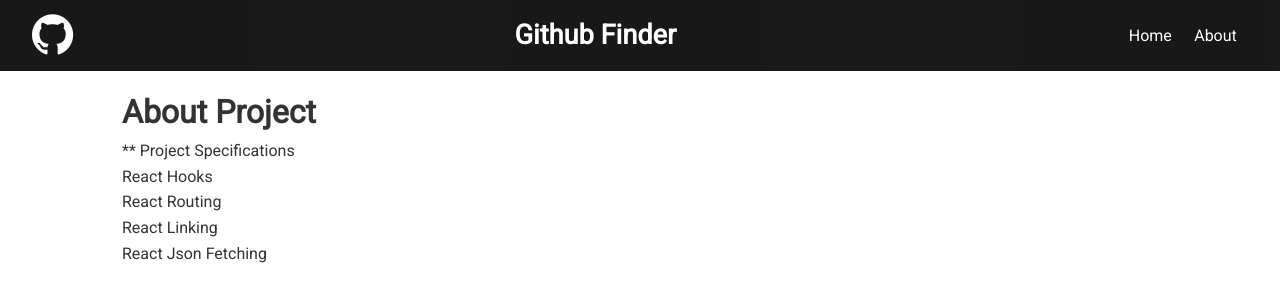
Repository: hemantsaini-7/ReactHooks-GitHub-Clone
Page: /about
These files come from the project's save history. The page is drawn as it stood at one moment and after the next save; the edit follows.
The browser window is 1280 px wide. The pictures show the whole page.
The project was rebuilt for these pictures with package versions that can differ from the ones it lists, and the page was loaded fresh each time. Also part of the build but not shown: src/components/users/UserItem.js, src/components/layout/Spinner.js, src/components/users/Users.js, src/components/repos/RepoItem.js, src/components/repos/Repos.js, src/components/users/User.js, src/components/users/Search.js, src/components/layout/Alert.js.

Above is the page before, as saved 2020-08-06 10:00:15.

### public/index.html
<!DOCTYPE html>
<html lang="en">
  <head>
    <meta charset="utf-8" />
    <link rel="icon" href="%PUBLIC_URL%/favicon.ico" />
    <meta name="viewport" content="width=device-width, initial-scale=1" />
    <meta name="theme-color" content="#000000" />
    <meta
      name="description"
      content="Web site created using create-react-app"
    />
    <link rel="apple-touch-icon" href="%PUBLIC_URL%/logo192.png" />

    <link rel="manifest" href="%PUBLIC_URL%/manifest.json" />
    <link
      rel="stylesheet"
      href="https://stackpath.bootstrapcdn.com/font-awesome/4.7.0/css/font-awesome.min.css"
    />
    <title>React App</title>
  </head>
  <body>
    <noscript>You need to enable JavaScript to run this app.</noscript>
    <div id="root"></div>
  </body>
</html>

### src/App.js
import React, { Fragment, useState } from "react";
import "./App.css";
import { BrowserRouter as Router, Switch, Route } from "react-router-dom";
import Navbar from "./components/layout/Navbar";
import Users from "./components/users/Users";
import User from "./components/users/User";
import Search from "./components/users/Search";
import Alert from "./components/layout/Alert";
import About from "./components/pages/About";
import axios from "axios";
const App = () => {
  const [users, setUsers] = useState([]);
  const [user, setUser] = useState({});
  const [repos, setRepos] = useState([]);
  const [loading, setLoading] = useState(false);
  const [alert, setAlert] = useState(null);

  const searchUsers = async (text) => {
    //this.setState({ loading: true });
    setLoading(true);
    const res = await axios.get(
      `https://api.github.com/search/users?q=${text}&cliend_id=${process.env.REACT_APP_GITHUB_CLIENT_ID}&client_secret=${process.env.REACT_APP_GITHUB_CLIENT_SECRET}`
    );
    setUsers(res.data.items);
    setLoading(false);
  };

  const clearUsers = () => {
    setUsers([]);
    setLoading(false);
  };

  const showAlert = (msg, type) => {
    //this.setState({ alert: { msg, type } });
    setAlert({ msg, type });
    setTimeout(() => setAlert(null), 5000);
  };

  const getUser = async (username) => {
    setLoading(true);
    const res = await axios.get(
      `https://api.github.com/users/${username}?cliend_id=${process.env.REACT_APP_GITHUB_CLIENT_ID}&client_secret=${process.env.REACT_APP_GITHUB_CLIENT_SECRET}`
    );
    setUser(res.data);
    setLoading(false);
  };

  const getUserRepos = async (username) => {
    setLoading(true);
    const res = await axios.get(
      `https://api.github.com/users/${username}/repos?per_page=5&sort=created:asc&cliend_id=${process.env.REACT_APP_GITHUB_CLIENT_ID}&client_secret=${process.env.REACT_APP_GITHUB_CLIENT_SECRET}`
    );
    setRepos(res.data);
    setLoading(false);
  };

  return (
    <Router>
      <div className='App'>
        <Navbar title='Github Finder' />
        <div className='container'>
          <Alert alert={alert} />
          <Switch>
            <Route
              exact
              path='/'
              render={(props) => (
                <Fragment>
                  <Search
                    searchUsers={searchUsers}
                    clearUsers={clearUsers}
                    showClear={users.length > 0 ? true : false}
                    setAlert={showAlert}
                  />
                  <Users users={users} loading={loading} />
                </Fragment>
              )}
            />
            <Route exact path='/about' component={About} />
            <Route
              exact
              path='/user/:login'
              render={(props) => (
                <User
                  {...props}
                  getUser={getUser}
                  getUserRepos={getUserRepos}
                  repos={repos}
                  user={user}
                  loading={loading}
                />
              )}
            />
          </Switch>
        </div>
      </div>
    </Router>
  );
};

export default App;

### src/App.css
@import url("https://fonts.googleapis.com/css?family=Roboto");

/* Global Styles */
:root {
  --primary-color: #dc3545;
  --dark-color: #333333;
  --light-color: #f4f4f4;
  --danger-color: #dc3545;
  --success-color: #28a745;
}

* {
  box-sizing: border-box;
  margin: 0;
  padding: 0;
}

body {
  font-family: "Roboto", sans-serif;
  font-size: 1rem;
  line-height: 1.6;
  background-color: #fff;
  color: #333;
}

a {
  color: var(--primary-color);
  text-decoration: none;
}

a:hover {
  color: #666;
}

ul {
  list-style: none;
}

img {
  width: 100%;
}

/* Utilities */
.container {
  max-width: 1100px;
  margin: auto;
  overflow: hidden;
  padding: 0 2rem;
}

/* Text Styles*/
.x-large {
  font-size: 4rem;
  line-height: 1.2;
  margin-bottom: 1rem;
}

.large {
  font-size: 3rem;
  line-height: 1.2;
  margin-bottom: 1rem;
}

.lead {
  font-size: 1.5rem;
  margin-bottom: 1rem;
}

.text-center {
  text-align: center;
}

.text-primary {
  color: var(--primary-color);
}

.text-dark {
  color: var(--dark-color);
}

.text-success {
  color: var(--success-color);
}

.text-danger {
  color: var(--danger-color);
}

.text-center {
  text-align: center;
}

.text-right {
  text-align: right;
}

.text-left {
  text-align: left;
}

/* Center All */
.all-center {
  display: flex;
  flex-direction: column;
  width: 100%;
  margin: auto;
  justify-content: center;
  align-items: center;
  text-align: center;
}

/* Cards */
.card {
  padding: 1rem;
  border: #ccc 1px dotted;
  margin: 0.7rem 0;
}

/* List */
.list {
  margin: 0.5rem 0;
}

.list li {
  padding-bottom: 0.3rem;
}

/* Padding */
.p {
  padding: 0.5rem;
}
.p-1 {
  padding: 1rem;
}
.p-2 {
  padding: 2rem;
}
.p-3 {
  padding: 3rem;
}
.py {
  padding: 0.5rem 0;
}
.py-1 {
  padding: 1rem 0;
}
.py-2 {
  padding: 2rem 0;
}
.py-3 {
  padding: 3rem 0;
}

/* Margin */
.m {
  margin: 0.5rem;
}
.m-1 {
  margin: 1rem;
}
.m-2 {
  margin: 2rem;
}
.m-3 {
  margin: 3rem;
}
.my {
  margin: 0.5rem 0;
}
.my-1 {
  margin: 1rem 0;
}
.my-2 {
  margin: 2rem 0;
}
.my-3 {
  margin: 3rem 0;
}

/* Grid */
.grid-2 {
  display: grid;
  grid-template-columns: repeat(2, 1fr);
  grid-gap: 1rem;
}

.grid-3 {
  display: grid;
  grid-template-columns: repeat(3, 1fr);
  grid-gap: 1rem;
}

.grid-4 {
  display: grid;
  grid-template-columns: repeat(4, 1fr);
  grid-gap: 1rem;
}

.btn {
  display: inline-block;
  background: var(--light-color);
  color: #333;
  padding: 0.4rem 1.3rem;
  font-size: 1rem;
  border: none;
  cursor: pointer;
  margin-right: 0.5rem;
  transition: opacity 0.2s ease-in;
  outline: none;
}

.btn-link {
  background: none;
  padding: 0;
  margin: 0;
}

.btn-block {
  display: block;
  width: 100%;
}

.btn-sm {
  font-size: 0.8rem;
  padding: 0.3rem 1rem;
  margin-right: 0.2rem;
}

.badge {
  display: inline-block;
  font-size: 0.8rem;
  padding: 0.2rem 0.7rem;
  text-align: center;
  margin: 0.3rem;
  background: var(--light-color);
  color: #333;
  border-radius: 5px;
}

.alert {
  padding: 0.7rem;
  margin: 1rem 0;
  opacity: 0.9;
  background: var(--light-color);
  color: #333;
}

.btn-primary,
.bg-primary,
.badge-primary,
.alert-primary {
  background: var(--primary-color);
  color: #fff;
}

.btn-light,
.bg-light,
.badge-light,
.alert-light {
  background: var(--light-color);
  color: #333;
}

.btn-dark,
.bg-dark,
.badge-dark,
.alert-dark {
  background: var(--dark-color);
  color: #fff;
}

.btn-danger,
.bg-danger,
.badge-danger,
.alert-danger {
  background: var(--danger-color);
  color: #fff;
}

.btn-success,
.bg-success,
.badge-success,
.alert-success {
  background: var(--success-color);
  color: #fff;
}

.btn-white,
.bg-white,
.badge-white,
.alert-white {
  background: #fff;
  color: #333;
  border: #ccc solid 1px;
}

.btn:hover {
  opacity: 0.8;
}

.bg-light,
.badge-light {
  border: #ccc solid 1px;
}

.round-img {
  border-radius: 50%;
}

/* Forms */
input {
  margin: 1.2rem 0;
}

.form-text {
  display: block;
  margin-top: 0.3rem;
  color: #888;
}

input[type="text"],
input[type="email"],
input[type="password"],
input[type="date"],
select,
textarea {
  display: block;
  width: 100%;
  padding: 0.4rem;
  font-size: 1.2rem;
  border: 1px solid #ccc;
}

input[type="submit"],
button {
  font: inherit;
}

table th,
table td {
  padding: 1rem;
  text-align: left;
}

table th {
  background: var(--light-color);
}

/* Navbar */
.navbar {
  display: flex;
  justify-content: space-between;
  align-items: center;
  padding: 0.7rem 2rem;
  z-index: 1;
  width: 100%;
  opacity: 0.9;
  margin-bottom: 1rem;
}

.navbar ul {
  display: flex;
}

.navbar a {
  color: #fff;
  padding: 0.45rem;
  margin: 0 0.25rem;
}

.navbar a:hover {
  color: var(--light-color);
}

.navbar .welcome span {
  margin-right: 0.6rem;
}
.bg-black {
  background: #000;
  color: #fff;
}
.nav-head {
  font-size: 1.7rem;
  /* margin-left: 100px; */
}
.s-field {
  border-radius: 10px;
  box-shadow: inset 0px 0px 10px #ccc;
}
.s-field:focus {
  outline: none;
}
/* Mobile Styles */
@media (max-width: 700px) {
  .hide-sm {
    display: none;
  }

  .grid-2,
  .grid-3,
  .grid-4 {
    grid-template-columns: 1fr;
  }

  /* Text Styles */
  .x-large {
    font-size: 3rem;
  }

  .large {
    font-size: 2rem;
  }

  .lead {
    font-size: 1rem;
  }

  /* Navbar */
  .navbar {
    display: block;
    text-align: center;
  }

  .navbar ul {
    text-align: center;
    justify-content: center;
  }
}

### src/components/layout/Navbar.js
import React from "react";
import { Link } from "react-router-dom";
function Navbar(props) {
  return (
    <nav className='navbar bg-black '>
      <span>
        <i className='fa fa-github fa-3x'></i>
      </span>
      <h3 className='nav-head'>{props.title}</h3>
      <ul>
        <li>
          <Link to='/'>Home</Link>
        </li>
        <li>
          <Link to='/about'>About</Link>
        </li>
      </ul>
    </nav>
  );
}

export default Navbar;

### src/components/pages/About.js
import React from "react";

const About = () => {
  return (
    <div className='about-div'>
      <h1>About Project</h1>
      <p>** Project Specifications</p>
      <ul>
        <li>React Hooks</li>
        <li>React Routing</li>
        <li>React Linking</li>
        <li>React Json Fetching</li>
      </ul>
    </div>
  );
};
export default About;

Loaded but not shown: src/index.js (common file)

After the next save:
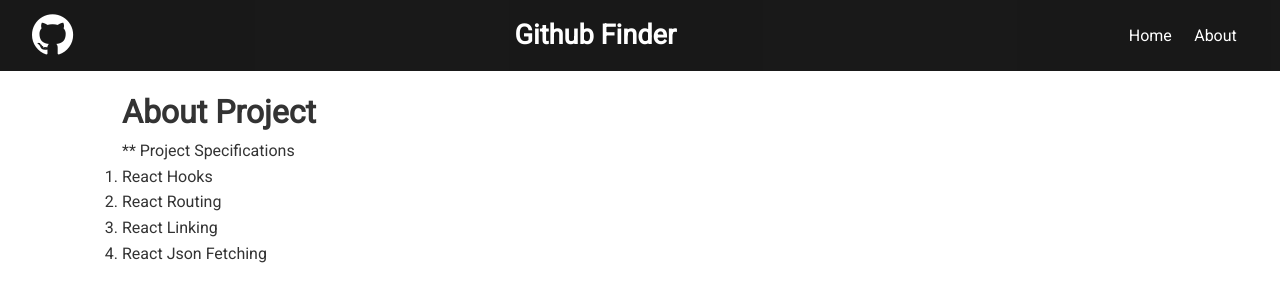
Saved 10 s later.
--- a/src/components/pages/About.js
+++ b/src/components/pages/About.js
@@ -5,12 +5,12 @@
     <div className='about-div'>
       <h1>About Project</h1>
       <p>** Project Specifications</p>
-      <ul>
+      <ol>
         <li>React Hooks</li>
         <li>React Routing</li>
         <li>React Linking</li>
         <li>React Json Fetching</li>
-      </ul>
+      </ol>
     </div>
   );
 };
